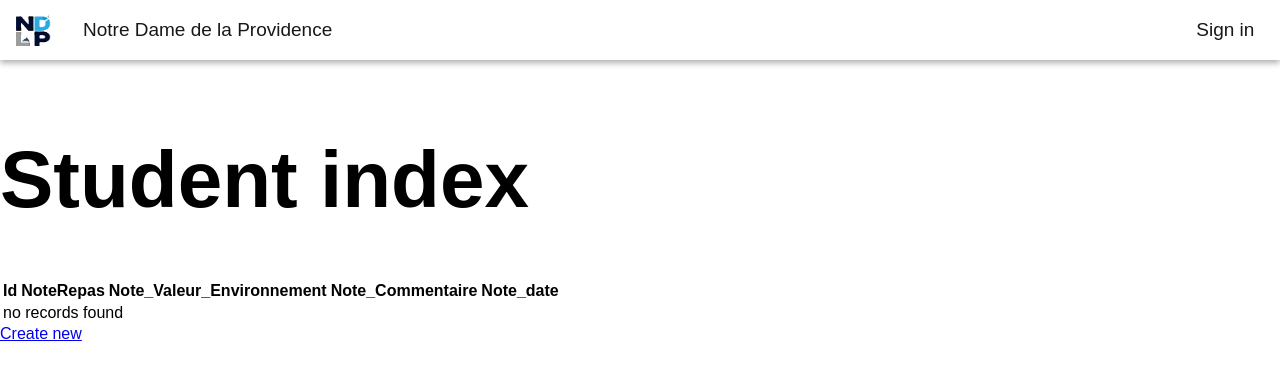
Repository: yaperson/self-feedback1
Page: templates/student/index.html.twig
An editor plug-in stored every save of this project. The page is shown before and after the next save, followed by the edit.
The browser window is 1280 px wide. The pictures show the whole page.
The page is a Twig template of a Symfony application; nobody is signed in and links lead nowhere. The template is opened directly, without the code that normally fills it, so the values that code supplies are empty.

Above is the page before, as saved 2021-12-09 16:40:17.

After the next save:
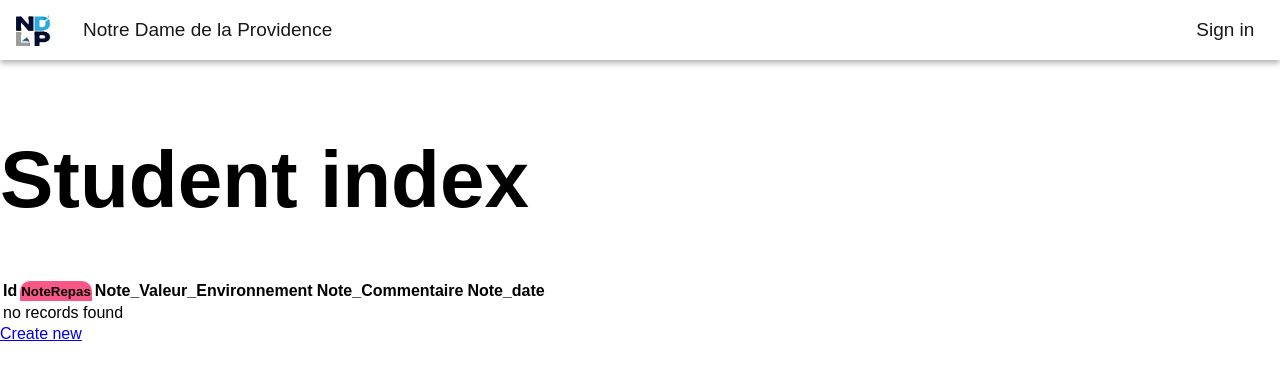
Saved 2 min 50 s later.
--- a/templates/student/index.html.twig
+++ b/templates/student/index.html.twig
@@ -9,7 +9,7 @@
         <thead>
             <tr>
                 <th>Id</th>
-                <th>NoteRepas</th>
+                <th style="background-color:#F85888; border-top-left-radius: 10px; -moz-border-radius-topleft: 10px; -webkit-border-top-left-radius: 10px; -khtml-border-top-left-radius: 10px; -icab-border-top-left-radius: 10px; -o-border-top-left-radius: 10px; border-top-right-radius: 10px; -moz-border-radius-topright: 10px; -webkit-border-top-right-radius: 10px; -khtml-border-top-right-radius: 10px; -icab-border-top-right-radius: 10px; -o-border-top-right-radius: 10px;"><small>NoteRepas</small></th>
                 <th>Note_Valeur_Environnement</th>
                 <th>Note_Commentaire</th>
                 <th>Note_date</th>
